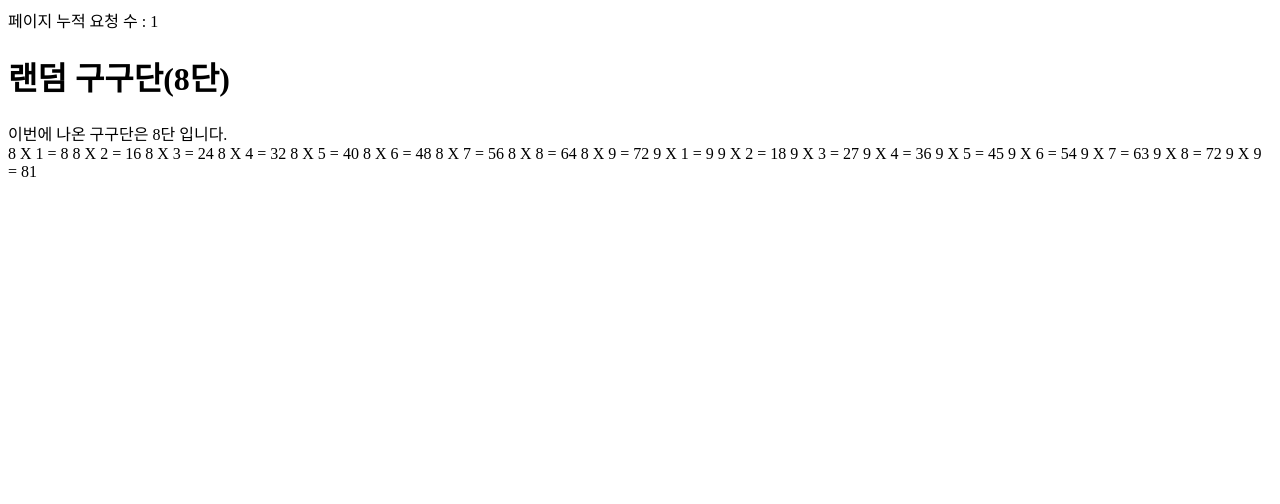
Repository: GITJIWOO/JavaBasic
Page: http://localhost/JSPBasic/Tag_quiz02.jsp
These files come from the project's save history. The page is drawn as it stood at one moment and after the next save; the edit follows.
The browser window is 1280 px wide. The pictures show the whole page.
The page is served by Tomcat 9.

Above is the page before, as saved 2021-07-29 07:51:17.

### JSPBasic/WebContent/Tag_quiz02.jsp
<%@ page language="java" contentType="text/html; charset=UTF-8"
    pageEncoding="UTF-8"%>
<%!
	int total = 0;
%>
<!DOCTYPE html>
<html>
<head>
<meta charset="UTF-8">
<title>Insert title here</title>
</head>
<body>
	<%
		total++;
		out.println("페이지 누적 요청 수 : " + total);
		if(total == 10){
			out.println("매 <br>10</br>번째 방문자에게는 기프티콘을 드립니다.");
			out.println("당첨되셧습니다!!");
		}
		int ranNum = (int)((Math.random() * 2) + 7);
		out.println("<h1>랜덤 구구단(" + ranNum + "단)</h1>");
		out.println("이번에 나온 구구단은 " + ranNum + "단 입니다.<br/>");

		for(int i = ranNum; i <= 9; i++){
			for(int j = 1; j <= 9; j++){
				out.println(i + " X " + j + " = " + (i * j));
			}
		}
	%>
</body>
</html>

After the next save:
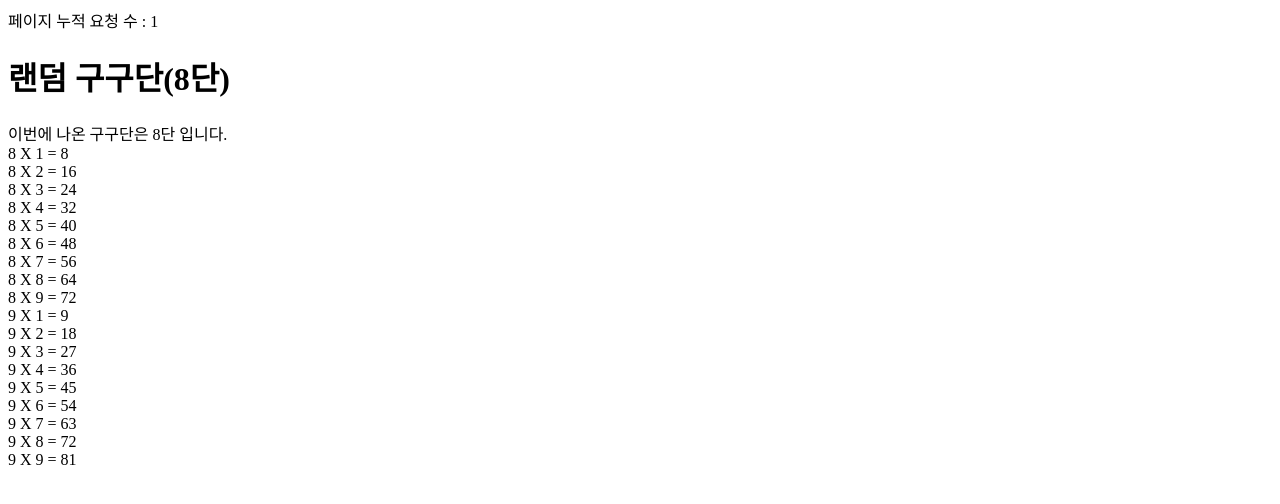
Saved 10 s later.
--- a/JSPBasic/WebContent/Tag_quiz02.jsp
+++ b/JSPBasic/WebContent/Tag_quiz02.jsp
@@ -23,7 +23,7 @@
 
 		for(int i = ranNum; i <= 9; i++){
 			for(int j = 1; j <= 9; j++){
-				out.println(i + " X " + j + " = " + (i * j));
+				out.println(i + " X " + j + " = " + (i * j) + "<br/>");
 			}
 		}
 	%>
